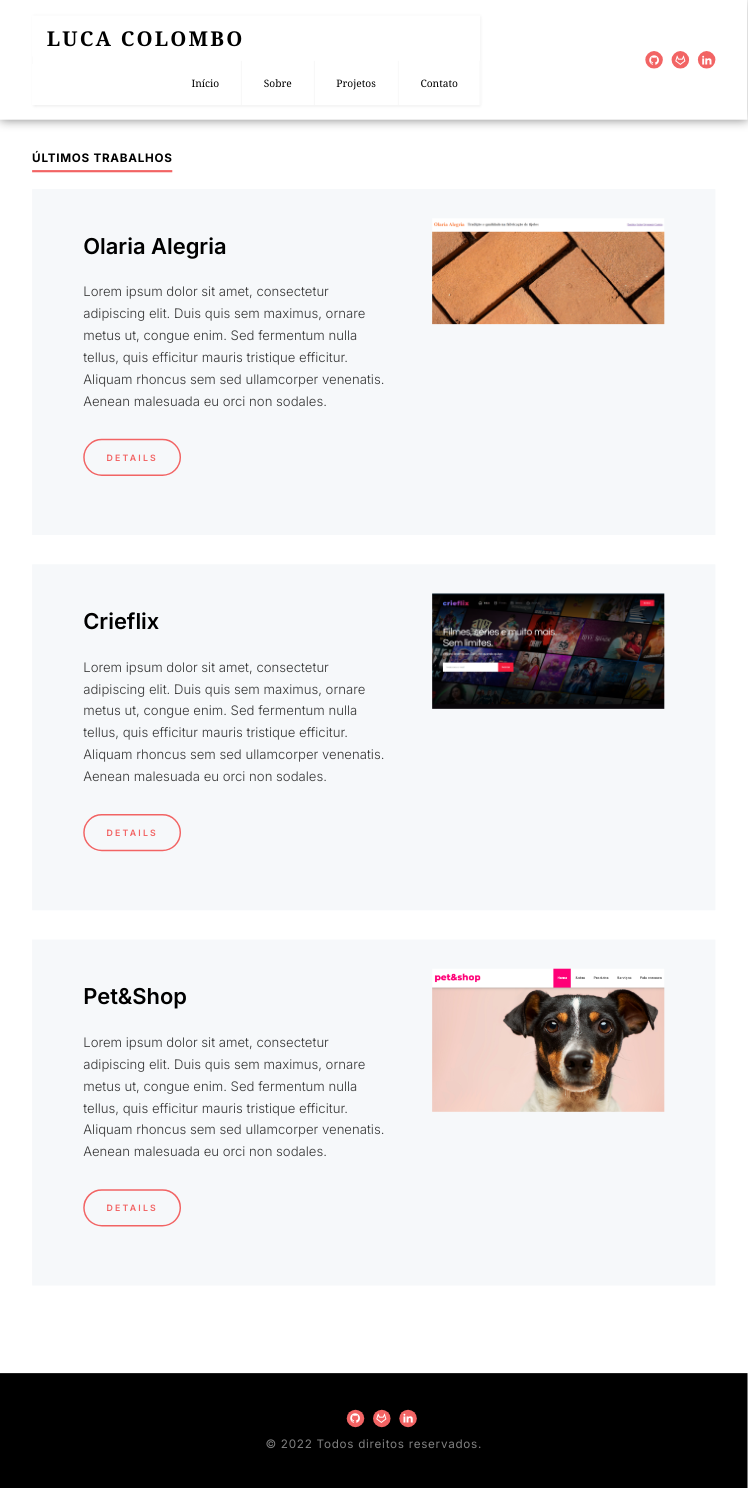
Repository: lxcxcxlxmb/portfolio
Page: projetos.html
The author's editor kept a copy of each file at every save. The page is drawn from the files as they stood at one save, then again after the next save.
The browser window is 1024 px wide. The pictures show the whole page, at 73% of full size.

Above is the page before, as saved 2022-05-25 16:05:29.

### projetos.html
<!doctype html>
<html lang="pt-BR">

<head>
  <!-- Required meta tags -->
  <meta charset="utf-8">
  <meta name="viewport" content="width=device-width, initial-scale=1">
  <!-- Google Fots -->
  <link rel="preconnect" href="https://fonts.googleapis.com">
  <link rel="preconnect" href="https://fonts.gstatic.com" crossorigin>
  <link href="https://fonts.googleapis.com/css2?family=Inter:wght@100;200;300;400;500;600;700;800;900&display=swap"
    rel="stylesheet">
  <!-- Remixicon Icon -->
  <link href="https://cdn.jsdelivr.net/npm/remixicon@2.5.0/fonts/remixicon.css" rel="stylesheet">
  <!-- Remixicon Icon -->
  <!-- Bootstrap CSS -->
  <link href="https://cdn.jsdelivr.net/npm/bootstrap@5.0.2/dist/css/bootstrap.min.css" rel="stylesheet"
    integrity="sha384-EVSTQN3/azprG1Anm3QDgpJLIm9Nao0Yz1ztcQTwFspd3yD65VohhpuuCOmLASjC" crossorigin="anonymous">
  <link href="https://unpkg.com/aos@2.3.1/dist/aos.css" rel="stylesheet">
  <!-- Main CSS -->
  <link href="styles.css" rel="stylesheet">
  <link rel="stylesheet" href="reset.css">


  <title>projetos</title>
</head>

<body>

  <!-- header -->
  <header class="ds-header" id="site-header">
    <div class="container">
      <div class="ds-header-inner">
        <!-- logo -->
        <a href="index.html" class="ds-logo">
          <span>L</span>Luca Colombo
        </a>
        <!-- logo -->
        <!--<div>
                <nav>
                    <ul>
                      <li class="ds-navbar"><a href="index.html" class="activ">Início</a></li>
                      <li class="ds-navbar"><a href="sobre.html" class="inactiv">Sobre</a></li>
                      <li class="ds-navbar"><a href="projetos.html" class="inactiv">Projetos</a></li>
                      <li class="ds-navbar"><a href="contato.html" class="inactiv">Fale comigo</a></li>
                    </ul>
                </nav>
            </div>-->
        <div class="header">
          <a href="index.html" class="logo">Luca Colombo</a>
          <input class="menu-btn" type="checkbox" id="menu-btn" />
          <label class="menu-icon" for="menu-btn"><span class="navicon"></span></label>
          <ul class="menu">
            <li><a href="index.html">Início</a></li>
            <li><a href="sobre.html">Sobre</a></li>
            <li><a href="projetos.html">Projetos</a></li>
            <li><a href="contato.html">Contato</a></li>
          </ul>
        </div>
        <!-- social -->
        <ul class="ds-social">
          <li><a href="https://github.com/lxcxcxlxmb" target="_blank"><i class="ri-github-fill"></i></a></li>
          <li><a href="https://gitlab.com/lxcxcxlxmbx" target="_blank"><i class="ri-gitlab-line"></i></a></li>
          <li><a href="https://www.linkedin.com/in/luca--colombo/" target="_blank"><i class="ri-linkedin-fill"></i></a>
          </li>
        </ul>
              <!-- social -->
      </div>
    </div>
  </header>
  <!--  Work -->
  <br>
  <br>
  <div class="ds-work-section">
    <div class="container">
      <h2 class="ds-heading">Últimos trabalhos</h2>
      <div class="ds-work-list-section">
        <div class="ds-work-list">
          <div class="row">
            <div class="col-12 col-sm-12 col-md-7 col-lg-7 col-xl-7 col-xxl-7">
              <section>
                <h3 class="ds-work-tilte">Olaria Alegria</h3>
                <p>Lorem ipsum dolor sit amet, consectetur adipiscing elit. Duis quis sem maximus, ornare metus ut,
                  congue enim. Sed fermentum nulla tellus, quis efficitur mauris tristique efficitur. Aliquam rhoncus
                  sem sed ullamcorper venenatis. Aenean malesuada eu orci non sodales. </p>
                <a href="works-setails.html" class="ds-button">Details</a>
                <br>
                <br>
              </section>
            </div>
            <div class="col-12 col-sm-12 col-md-5 col-lg-5 col-xl-5 col-xxl-5">
              <figure><img src="olaria.png"></figure>
            </div>
          </div>
        </div>
        <div class="ds-work-list">
          <div class="row">
            <div class="col-12 col-sm-12 col-md-7 col-lg-7 col-xl-7 col-xxl-7">
              <section>
                <h3 class="ds-work-tilte">Crieflix</h3>
                <p>Lorem ipsum dolor sit amet, consectetur adipiscing elit. Duis quis sem maximus, ornare metus ut,
                  congue enim. Sed fermentum nulla tellus, quis efficitur mauris tristique efficitur. Aliquam rhoncus
                  sem sed ullamcorper venenatis. Aenean malesuada eu orci non sodales. </p>
                <a href="works-setails.html" class="ds-button">Details</a>
                <br>
                <br>
              </section>
            </div>
            <div class="col-12 col-sm-12 col-md-5 col-lg-5 col-xl-5 col-xxl-5">
              <figure><img src="crieflix.png"></figure>
            </div>
          </div>
        </div>
        <div class="ds-work-list">
          <div class="row">
            <div class="col-12 col-sm-12 col-md-7 col-lg-7 col-xl-7 col-xxl-7">
              <section>
                <h3 class="ds-work-tilte">Pet&Shop</h3>
                <p>Lorem ipsum dolor sit amet, consectetur adipiscing elit. Duis quis sem maximus, ornare metus ut,
                  congue enim. Sed fermentum nulla tellus, quis efficitur mauris tristique efficitur. Aliquam rhoncus
                  sem sed ullamcorper venenatis. Aenean malesuada eu orci non sodales. </p>
                <a href="works-setails.html" class="ds-button">Details</a>
                <br>
                <br>
              </section>
            </div>
            <div class="col-12 col-sm-12 col-md-5 col-lg-5 col-xl-5 col-xxl-5">
              <figure><img src="petshop.png"></figure>
            </div>
          </div>
        </div>
      </div>
    </div>
  </div>
  <!--  Work -->
  <footer class="ds-footer text-center">
    <div class="container">
      <section>
        <ul class="ds-social">
          <li><a href="https://github.com/lxcxcxlxmb" target="_blank"><i class="ri-github-fill"></i></a></li>
          <li><a href="https://gitlab.com/lxcxcxlxmbx" target="_blank"><i class="ri-gitlab-line"></i></a></li>
          <li><a href="https://www.linkedin.com/in/luca--colombo/" target="_blank"><i class="ri-linkedin-fill"></i></a>
          </li>
        </ul>
      </section>
      <span class="ds-copyright">© 2022 Todos direitos reservados.</span>
    </div>
  </footer>

</body>

</html>

### styles.css
/*
Theme Name: Jason Stroff

  1. >>> Headr Style
  2. >>> Banner Style
  3. >>> About Style
  4. >>> Skills Style
  5. >>> Experience Style
  6. >>> Work Style
  7. >>> Footer Style

*/
/*--------------------------------------------------------------
>>> TABLE OF CONTENTS:
----------------------------------------------------------------*/
html {
	font-family: 'Inter', sans-serif;
	background-color: #FFF
}

body {
	font-family: 'Inter', sans-serif;
	overflow-x: hidden;
	background-color: #FFF;
	font-weight: 400;
	font-style: normal;
	color: #373737;
	font-size: 14px
}

a,
a:hover,
a:focus,
i,
input,
button,
input:focus,
.transition {
	text-decoration: none;
	outline: none;
	transition-delay: 0s;
	transition-duration: 0.4s;
	transition-property: all;
	transition-timing-function: ease;
	box-shadow: none;
}

a {
	color: #000
}

iframe {
	border: 0;
	outline: none;
}

::-moz-selection {
	background: #000;
	text-shadow: none;
	color: #FFF
}

::selection {
	background: #000;
	text-shadow: none;
	color: #FFF
}

img {
	max-width: 100%;
	border: none;
	outline: none;
	height: auto;
}

input,
textarea {
	border-radius: 0;
	resize: none;
}

ul {
	padding: 0;
	margin: 0;
}

@font-face {
	font-family: 'Inter', sans-serif;
}

input:-webkit-autofill,
textarea:-webkit-autofill,
select:-webkit-autofill {
	background-color: transparent;
	background-image: none;
	color: #000;
}

/* 1.2 Typography */
h1,
h2,
h3,
h4,
h5,
h6 {
	font-family: 'Inter', sans-serif;
}

figure {
	margin: 0
}

svg,
img {
	max-width: 100%;
	height: auto;
}

/*-----------------------------------------------------------------
  1. >>> Headr Style
----------------------------------------------------------------*/
.ds-header {
	position: relative;
	top: 0;
	width: 100%;
	z-index: 5;
	background-color: #FFF;
	padding: 70px 0;
	transition-delay: 0s;
	transition-duration: 0.4s;
	transition-property: all;
	transition-timing-function: ease;
	box-shadow: 0 0 1em #858585;
	display: flex;
	align-items: center;
	justify-content: space-between;
}

.ds-header.ds-fixed-header {
	padding: 20px 0;
	box-shadow: 0px 0px 20px rgba(0, 0, 0, 0.25);
}

.ds-header-inner {
	display: flex;
	justify-content: space-between;
	align-items: center;
}

.logo {
	font-family:Georgia, 'Times New Roman', Times, serif;
	text-transform: uppercase;
	font-weight: bold;
	font-size: 18px;
	letter-spacing: 3px;
	color: #000;
	display: flex;
	align-items: center;
	flex-wrap: nowrap;
}

.logo span {
	display: flex;
	align-items: center;
	justify-content: center;
	width: 40px;
	height: 40px;
	background-color: #000;
	border-radius: 4px;
	color: #FFF;
	font-size: 22px;
	font-weight: 600;
	text-align: center;
}

.logo:hover {
	color: #F26464;
}

.ds-social {
	list-style: none;
	display: flex;
	align-items: center;
	flex-wrap: wrap;
}

.ds-social li {
	margin-left: 12px;
}

.ds-social li:first-child {
	margin-left: 0;
}

.ds-social li a {
	border-radius: 100%;
	color: #FFF;
	width: 24px;
	height: 24px;
	background-color: #F26464;
	display: flex;
	justify-content: center;
	align-items: center;
	text-align: center;
	font-size: 16px;
}

.ds-social li a:hover {
	background-color: #000;
	color: #FFF;
}

/*.ds-navbar {
	display: inline-block;
	color: #373737;
	font-size: 16px;
	padding: 10px 20px;
	background-color: #FFF;
	margin-right: 15px;
	margin-bottom: 15px;
	margin-top: 15px;
	font-weight: 500;
}*/

.activ {
	color: #fff;
	background-color: #FF0077;
}

.inactiv {
	color: #494949;
}

.inactiv:hover {
	color: #FF0077;
}

.header {
	background-color: #fff;
	box-shadow: 1px 1px 4px 0 rgba(0,0,0,.1);
	position: absolute;
	align-items: center;
	vertical-align: middle;
	width: 60%;
	z-index: 3;
  }

  .header ul {
	margin: 0;
	padding: 0;
	font-family:Georgia, 'Times New Roman', Times, serif;
	list-style: none;
	overflow: hidden;
	background-color: #fff;
  }

  .header li a {
	display: block;
	padding: 20px 20px;
	border-right: 1px solid #f4f4f4;
	text-decoration: none;
  }

  .header li a:hover,
  .header .menu-btn:hover {
	background-color: #f4f4f4;
	color: #F26464;
  }

  .header .logo {
	display: block;
	float: left;
	font-size: 2em;
	padding: 10px 20px;
	text-decoration: none;
  }

  /* menu */

  .header .menu {
	clear: both;
	max-height: 0;
	transition: max-height .2s ease-out;
  }

  /* menu icon */

  .header .menu-icon {
	cursor: pointer;
	display: inline-block;
	float: right;
	padding: 28px 20px;
	position: relative;
	user-select: none;
  }

  .header .menu-icon .navicon {
	background: #333;
	display: block;
	height: 2px;
	position: relative;
	transition: background .2s ease-out;
	width: 18px;
  }

  .header .menu-icon .navicon:before,
  .header .menu-icon .navicon:after {
	background: #333;
	content: '';
	display: block;
	height: 100%;
	position: absolute;
	transition: all .2s ease-out;
	width: 100%;
  }

  .header .menu-icon .navicon:before {
	top: 5px;
  }

  .header .menu-icon .navicon:after {
	top: -5px;
  }

  /* menu btn */

  .header .menu-btn {
	display: none;
  }

  .header .menu-btn:checked ~ .menu {
	max-height: 240px;
  }

  .header .menu-btn:checked ~ .menu-icon .navicon {
	background: transparent;
  }

  .header .menu-btn:checked ~ .menu-icon .navicon:before {
	transform: rotate(-45deg);
  }

  .header .menu-btn:checked ~ .menu-icon .navicon:after {
	transform: rotate(45deg);
  }

  .header .menu-btn:checked ~ .menu-icon:not(.steps) .navicon:before,
  .header .menu-btn:checked ~ .menu-icon:not(.steps) .navicon:after {
	top: 0;
  }

  /* 48em = 768px */

  @media (min-width: 48em) {
	.header li {
	  float: left;
	}
	.header li a {
	  padding: 20px 30px;
	}
	.header .menu {
	  clear: none;
	  float: right;
	  max-height: none;
	}
	.header .menu-icon {
	  display: none;
	}
  }

/*-----------------------------------------------------------------
  2. >>> Banner Style
----------------------------------------------------------------*/
.ds-banner section {
	padding-left: 70px;
	padding-right: 00px;
}

.ds-banner section h1 span {
	display: block;
	text-transform: uppercase;
	letter-spacing: 1px;
	font-weight: 500;
	font-size: 16px;
	padding-top: 30px;
}

.ds-banner section h1 {
	font-weight: 600;
	font-size: 48px;
	line-height: 60px;
	color: #000;
}

.ds-numbervalulist {
	list-style: none;
	display: flex;
	align-items: center;
	flex-wrap: wrap;
	margin: 0;
	padding: 0;
	margin-top: 60px;
}

.ds-numbervalulist li {
	margin-right: 60px;
}

.ds-numbervalulist li:last-child {
	margin-right: 0;
}

.ds-numbervalulist strong {
	display: block;
	color: #F26464;
	font-size: 36px;
	font-weight: 800;
}

.ds-numbervalulist span {
	font-size: 16px;
	letter-spacing: 1px;
}

/*-----------------------------------------------------------------
  3. >>> About Style
----------------------------------------------------------------*/
.ds-about-section {
	padding-top: 60px;
	padding-bottom: 0px;
}

.ds-heading {
	display: inline-block;
	font-weight: 700;
	color: #000;
	text-transform: uppercase;
	letter-spacing: 1px;
	font-size: 16px;
	border-bottom: 3px solid #F26464;
	padding-bottom: 7px;
	margin-bottom: 23px;
}

.ds-about-section p {
	color: #373737;
	font-size: 24px;
	line-height: 40px;
	font-weight: 300;
	margin-bottom: 60px;
}

.ds-button {
	display: inline-block;
	text-transform: uppercase;
	font-size: 12px;
	line-height: 13px;
	font-weight: 600;
	letter-spacing: 3px;
	color: #F26464;
	padding: 17px 30px;
	border: 2px solid #F26464;
	border-radius: 60px;
}

.ds-button:hover {
	background-color: #F26464;
	color: #FFF;
}

.ds-arrow-button i {
	display: inline-block;
	vertical-align: middle;
}

/*-----------------------------------------------------------------
  4. >>> Skills Style
----------------------------------------------------------------*/
.ds-skills-section {
	padding-bottom: 105px;
}

.ds-skills-list {
	list-style: none;
	padding: 0;
	margin: 0;
	display: flex;
	flex-wrap: wrap;
	align-items: center;
	margin-top: 11px;
}

.ds-skills-list li {
	display: inline-block;
	color: #373737;
	font-size: 16px;
	padding: 10px 20px;
	background-color: #FFF;
	border: 1px solid #D7D7D7;
	border-radius: 27px;
	margin-right: 15px;
	margin-bottom: 15px;
	font-weight: 500;
}

/*-----------------------------------------------------------------
  5. >>> Experience Style
----------------------------------------------------------------*/
.ds-experience-section {
	padding-bottom: 120px;
}

.ds-experience-list section {
	padding-right: 70px;
}

.ds-experience-list {
	padding-top: 15px;
}

.ds-officename {
	font-size: 24px;
	font-weight: 300;
	margin-bottom: 10px;
}

.ds-experience-list span {
	display: block;
}

span.ds-year {
	color: #373737;
	font-size: 14px;
	font-weight: 700;
	padding-bottom: 10px;
}

span.ds-department {
	color: #373737;
	font-weight: 500;
	font-size: 18px;
	padding-bottom: 30px;
}

.ds-experience-list p {
	font-size: 16px;
	line-height: 24px;
	font-weight: 300;
}

.ds-experience-list ul {
	list-style: none;
	padding: 0;
	margin: 0;
	padding-top: 10px;
}

.ds-experience-list ul li {
	font-size: 16px;
	line-height: 24px;
	font-weight: 300;
	padding-left: 28px;
	position: relative;
	margin-bottom: 20px;
}

.ds-experience-list ul li:before {
	content: "";
	position: absolute;
	left: 0;
	top: 10px;
	border-radius: 100%;
	width: 8px;
	height: 8px;
	background-color: #373737;
}

/*-----------------------------------------------------------------
  6. >>> Work Style
----------------------------------------------------------------*/
.ds-work-section {
	padding-bottom: 80px;
}

.ds-work-list {
	padding-left: 70px;
	padding-top: 40px;
	padding-right: 70px;
	background-color: #F6F8FA;
	margin-bottom: 40px;
}

.ds-work-list section {
	padding-top: 20px;
	padding-right: 120px;
}

.ds-work-tilte {
	color: #000;
	font-size: 30px;
	line-height: 36px;
	font-weight: 600;
	margin-bottom: 30px;
}

.ds-work-list p {
	font-weight: 300;
	font-size: 18px;
	line-height: 30px;
}

.ds-work-list .ds-button {
	margin-top: 20px;
}

.ds-work-det-hed {
	padding-top: 42px;
	padding-bottom: 80px;
}

.ds-work-det-title {
	font-weight: 600;
	color: #000;
	font-size: 48px;
	margin-bottom: 20px;
}

.ds-work-det-dep {
	display: block;
	font-weight: 600;
	color: #000;
	font-size: 18px;
}

.ds-work-content-sec {
	padding: 100px 0;
}

.ds-work-content-sec p {
	font-size: 18px;
	line-height: 36px;
	margin-bottom: 30px;
}

.ds-work-content-sec h2 {
	font-size: 30px;
	font-weight: 700;
	margin-bottom: 30px;
}

.ds-work-content-sec ul {
	list-style: none;
	padding: 0;
	margin: 0;
}

.ds-work-content-sec li {
	font-size: 18px;
	line-height: 36px;
	padding-left: 28px;
	position: relative;
	margin-bottom: 20px;
}

.ds-work-content-sec li:before {
	content: "";
	position: absolute;
	left: 0;
	top: 13px;
	border-radius: 100%;
	width: 8px;
	height: 8px;
	background-color: #373737;
}

/*-----------------------------------------------------------------
  7. >>> Footer Style
----------------------------------------------------------------*/
.ds-footer {
	background-color: #000;
	padding: 50px 0;
}

.ds-footer section {
	padding-bottom: 10px;
}

.ds-footer section span {
	color: rgba(255, 255, 255, 0.5);
	text-transform: uppercase;
	font-weight: 700;
	font-size: 16px;
	letter-spacing: 1px;
	display: block;
	padding-bottom: 20px;
}

.ds-footer section h4 {
	color: #FFF;
	font-size: 48px;
	font-weight: 700;
}

.ds-footer section p {
	letter-spacing: 1.13px;
	color: #FFF;
	font-size: 18px;
	margin-bottom: 40px;
}

.ds-footer ul {
	margin-left: 46%;
}

.ds-copyright {
	color: rgba(255, 255, 255, 0.5);
	letter-spacing: 1px;
	font-size: 16px;
}

.ds-copyright a {
	color: rgba(255, 255, 255, 0.5);
}

.ds-copyright a:hover {
	color: #F26464;
}



/*-------------------------------------------------------------------------------
 Responsive XS Style @media (max-width: 767px)
-------------------------------------------------------------------------------*/
@media (max-width: 768px) {

	.ds-header,
	.ds-header.ds-fixed-header {
		padding: 15px 0;
	}

	.ds-banner,
	.ds-about-section,
	.ds-skills-section,
	.ds-experience-section,
	.ds-work-section,
	.ds-work-details-section {
		padding-left: 10px;
		padding-right: 10px;
	}

	/*.ds-logo {
		font-size: 0;
	}*/

	.ds-banner figure {
		padding: 30px 0;
	}

	.ds-banner section {
		padding-left: 0;
		padding-right: 0;
	}

	.ds-banner section h1 span {
		padding-bottom: 0;
	}

	.ds-banner section h1,
	.ds-work-det-title {
		font-size: 30px;
		line-height: 40px;
	}

	.ds-numbervalulist {
		margin-top: 20px;
	}

	.ds-numbervalulist li {
		margin-right: 30px;
	}

	.ds-numbervalulist strong {
		font-size: 30px;
	}

	.ds-numbervalulist span {
		font-size: 14px;
	}

	.ds-about-section {
		padding-bottom: 60px;
	}

	.ds-about-section p,
	.ds-work-content-sec p,
	.ds-work-content-sec li {
		font-size: 15px;
		line-height: 30px;
		margin-bottom: 0px;
	}

	.ds-skills-list li {
		margin-right: 10px;
		margin-bottom: 10px;
		font-size: 14px;
	}

	.ds-skills-section .col-12,
	.ds-experience-list .col-12 {
		margin-bottom: 40px;
	}

	.ds-skills-section,
	.ds-work-section,
	.ds-experience-section {
		padding-bottom: 0;
	}

	.ds-experience-list section {
		padding-right: 0;
	}

	.ds-work-list {
		padding: 30px;
	}

	.ds-work-list p {
		font-size: 15px;
		line-height: 30px;
	}

	.ds-footer {
		padding: 60px 10px;
	}

	.ds-footer section h4 {
		font-size: 40px;
	}

	.ds-copyright {
		font-size: 14px;
	}

	.ds-footer section {
		padding-bottom: 30px;
	}

	.ds-footer ul {
		margin-left: 36%;
	}

	.ds-button {
		padding: 11px 10px;
	}

	.ds-work-details-section {
		padding-top: 30px;
	}

	.ds-work-det-title {
		margin-bottom: 7px;
	}

	.ds-work-content-sec h2 {
		font-size: 20px;
	}

	.ds-work-content-sec {
		padding: 30px 0;
	}

	.ds-work-list section {
		padding-right: 0;
		padding-bottom: 30px;
	}
}


@media (min-width: 768px) and (max-width: 991px) {
	.ds-work-list section {
		padding-right: 30px;
	}

}

@media (min-width: 992px) and (max-width: 1199px) {
	.ds-banner section {
		padding-right: 0;
	}

	.ds-work-list section {
		padding-right: 30px;
		padding-bottom: 60px;
	}


}

### reset.css
/*
html, body, div, span, applet, object, iframe,
h1, h2, h3, h4, h5, h6, p, blockquote, pre,
a, abbr, acronym, address, big, cite, code,
del, dfn, em, img, ins, kbd, q, s, samp,
small, strike, strong, sub, sup, tt, var,
b, u, i, center,
dl, dt, dd, ol, ul, li,
fieldset, form, label, legend,
table, caption, tbody, tfoot, thead, tr, th, td,
article, aside, canvas, details, embed,
figure, figcaption, footer, header, hgroup,
menu, nav, output, ruby, section, summary,
time, mark, audio, video {
	margin: 0;
	padding: 0;
	border: 0;
	font-size: 100%;
	font: inherit;
	vertical-align: baseline;
}
/* HTML5 display-role reset for older browsers */
/*
article, aside, details, figcaption, figure,
footer, header, hgroup, menu, nav, section {
	display: block;
}
body {
	line-height: 1;
}
ol, ul {
	list-style: none;
}
blockquote, q {
	quotes: none;
}
blockquote:before, blockquote:after,
q:before, q:after {
	content: '';
	content: none;
}
table {
	border-collapse: collapse;
	border-spacing: 0;
}*/

After the next save:
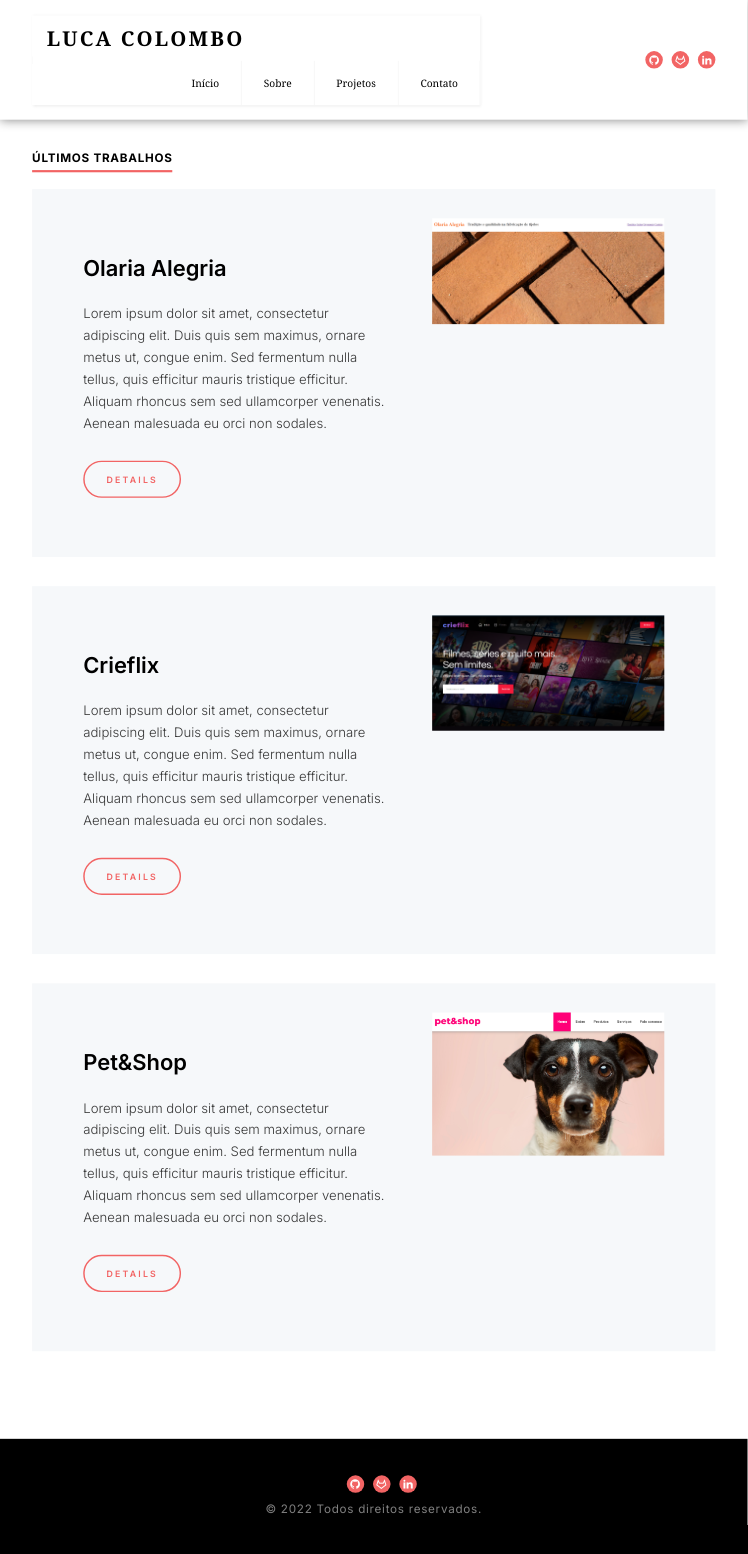
Saved 4 min 28 s later.
--- a/styles.css
+++ b/styles.css
@@ -893,5 +893,9 @@ span.ds-department {
 		padding-bottom: 60px;
 	}
 
-
-}
+	.ds-work-tilte {
+		padding-top: 30px;
+	}
+
+
+}
